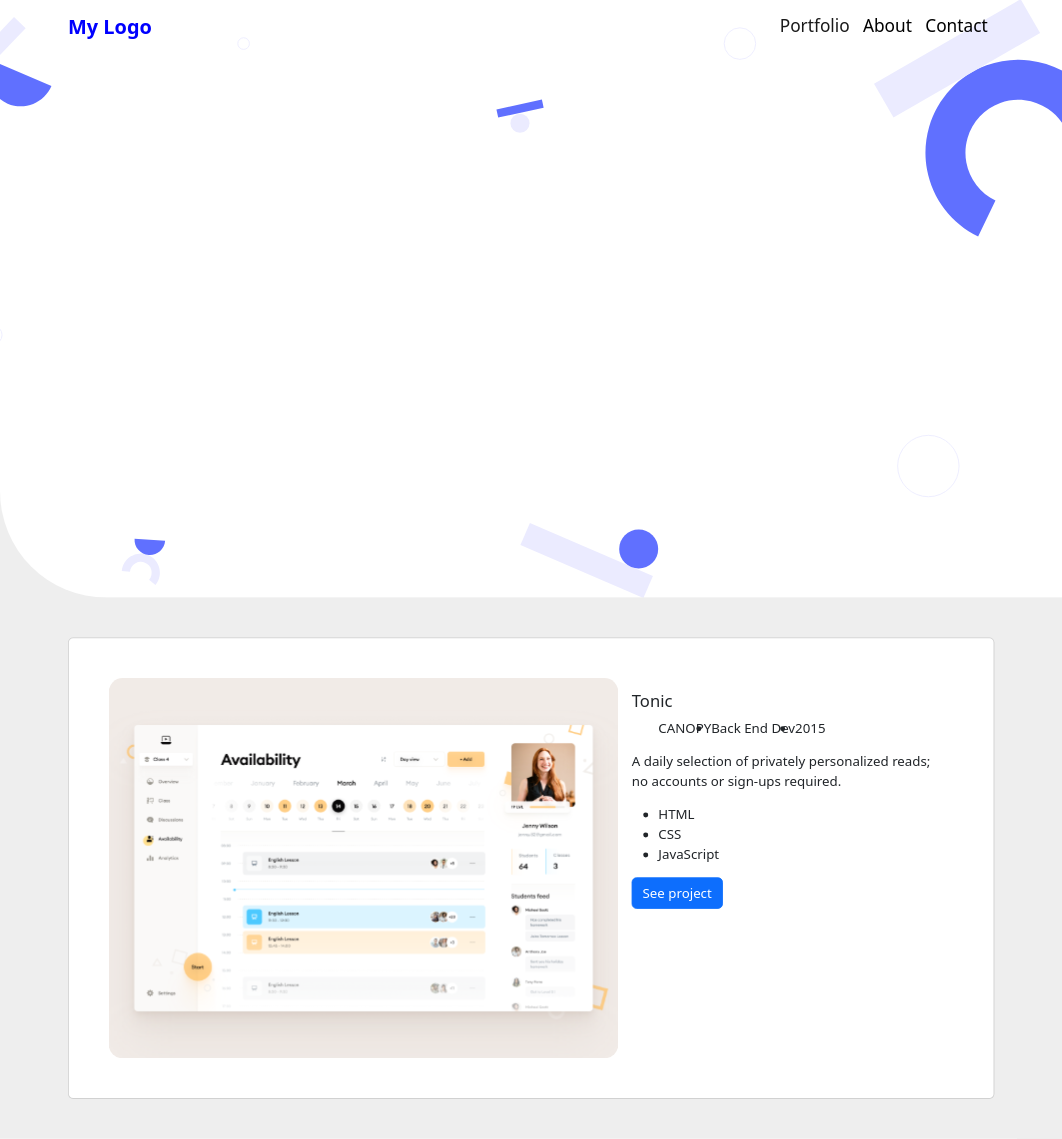
Repository: waelelsafty07/Bootstrap-Portfolio
Page: index.html
These files come from the project's save history. The page is drawn as it stood at one moment and after the next save; the edit follows.
The browser window is 1280 px wide. The pictures show the whole page, at 83% of full size.

Above is the page before, as saved 2023-04-04 16:37:00.

### index.html
<!DOCTYPE html>
<html lang="en">
<head>
    <meta charset="UTF-8">
    <meta http-equiv="X-UA-Compatible" content="IE=edge">
    <meta name="viewport" content="width=device-width, initial-scale=1.0">
    <title>Portfolio</title>
    <link rel="stylesheet" href="css/bootstrap.min.css"/>
    <link rel="stylesheet" href="styles.css"/>
</head>
<body>
    <header>
        <nav class="navbar navbar-expand-lg navbar-light">
            <div class="container">
              <a class="navbar-brand" href="#">My Logo</a>
              <button class="navbar-toggler" type="button" data-bs-toggle="collapse" data-bs-target="#navbarNav" aria-controls="navbarNav" aria-expanded="false" aria-label="Toggle navigation">
                <span class="navbar-toggler-icon"></span>
              </button>
              <div class="collapse navbar-collapse flex-row-reverse" id="navbarNav">
                <ul class="navbar-nav">
                  <li class="nav-item">
                    <a class="nav-link active" aria-current="page" href="#">Portfolio</a>
                  </li>
                  <li class="nav-item">
                    <a class="nav-link" href="#">About</a>
                  </li>
                  <li class="nav-item">
                    <a class="nav-link" href="#">Contact</a>
                  </li>
                </ul>
              </div>
            </div>
          </nav>
    </header>
    <main>
      <section id="works" class="works m-5">
        <div class="container">
          <div class="card flex-row p-5">
            <img src="images/Snapshoot Portfolio (1).svg" class="card-img-top" alt="...">
            <div class="card-body">
              <h5 class="card-title">Tonic</h5>
              <ul class="d-flex">
                <li class="no-style">CANOPY</li>
                <li>Back End Dev</li>
                <li>2015</li>
              </ul>
              <p class="card-text">A daily selection of privately personalized reads; no accounts or sign-ups required.</p>
              <ul>
                <li>HTML</li>
                <li>CSS</li>
                <li>JavaScript</li>
              </ul>
              <a href="#" class="btn btn-primary">See project</a>
            </div>
          </div>
        </div>
      </section>
    </main>

    <script src="js/bootstrap.bundle.min.js"></script>
</body>
</html>

### styles.css
body {
  background-color: #eee;
}
header {
  background-color: #fff;
  background-image: url("images/Header\ bg.svg");
  background-repeat: no-repeat;
  background-position: center;
  height: 100vh;
  border-bottom-left-radius: 8rem;
}
nav .navbar-brand {
  font-weight: bold;
  font-size: 1.5rem;
  color: blue;
}
nav .nav-link {
  font-weight: 500;
  font-size: 1.3rem;
  color: #000;
}

.no-style {
  list-style: none;
}

Loaded but not shown: css/bootstrap.min.css (library); js/bootstrap.bundle.min.js (library)

After the next save:
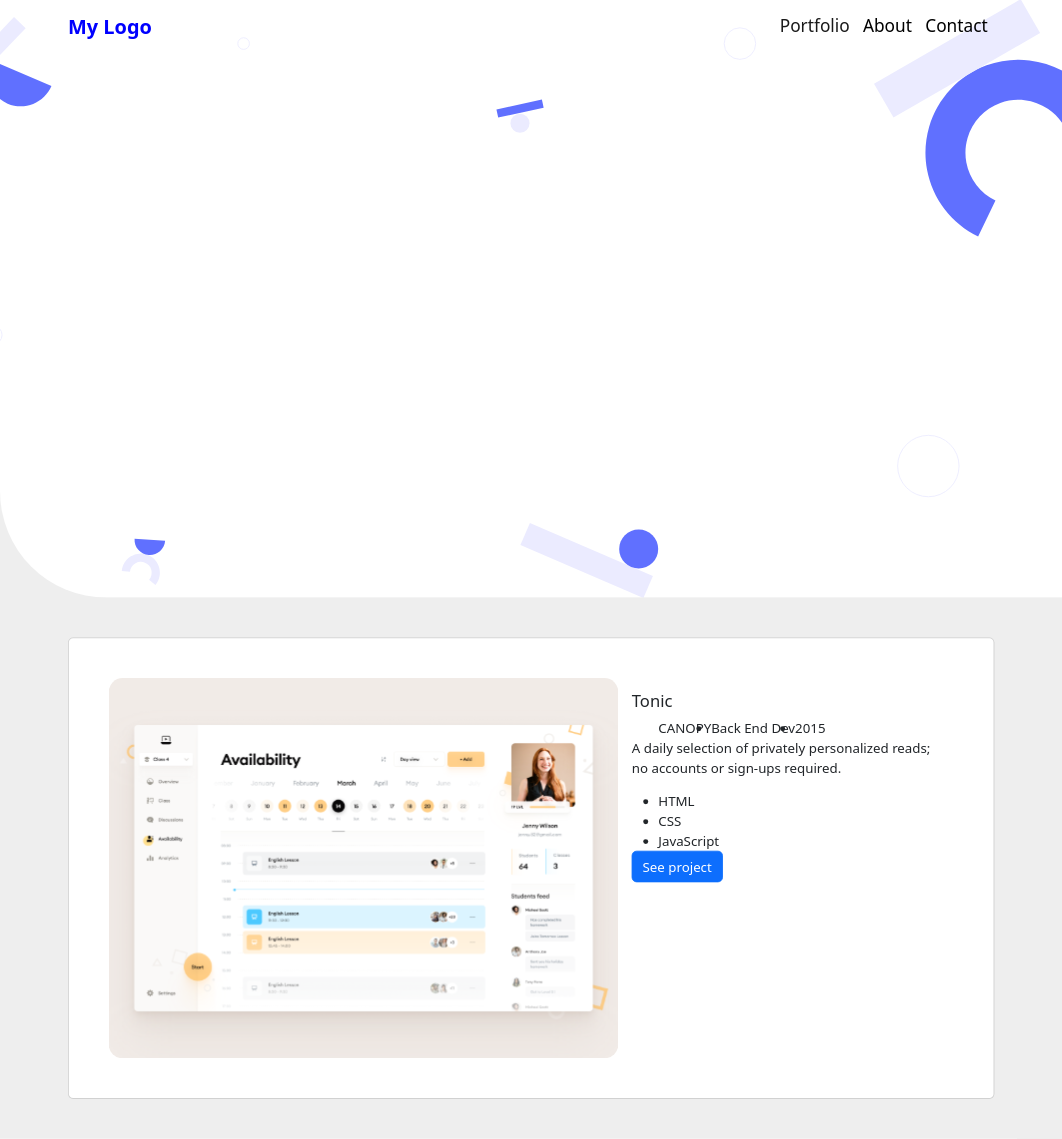
Saved 16 s later.
--- a/styles.css
+++ b/styles.css
@@ -23,3 +23,7 @@ nav .nav-link {
 .no-style {
   list-style: none;
 }
+
+ul {
+  margin: 0;
+}
